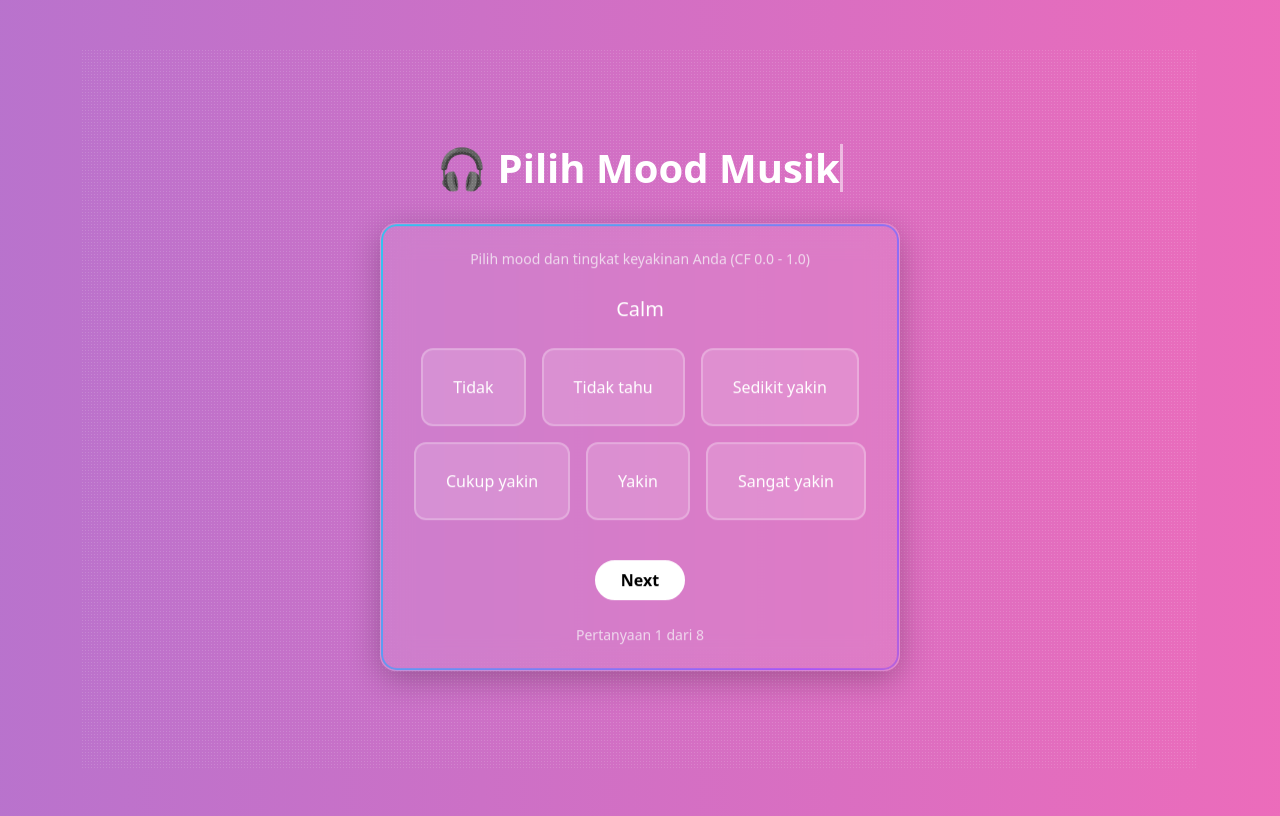
Repository: Graceagt/musicrec
Page: http://localhost/music
These files come from the project's save history. The page is drawn as it stood at one moment and after the next save; the edit follows.
The browser window is 1280 px wide. The pictures show the whole page.
The page is served by the project's Laravel application, run on PHP 8.4 with Laravel 10.

Above is the page before, as saved 2025-12-10 19:43:29.

After the next save:
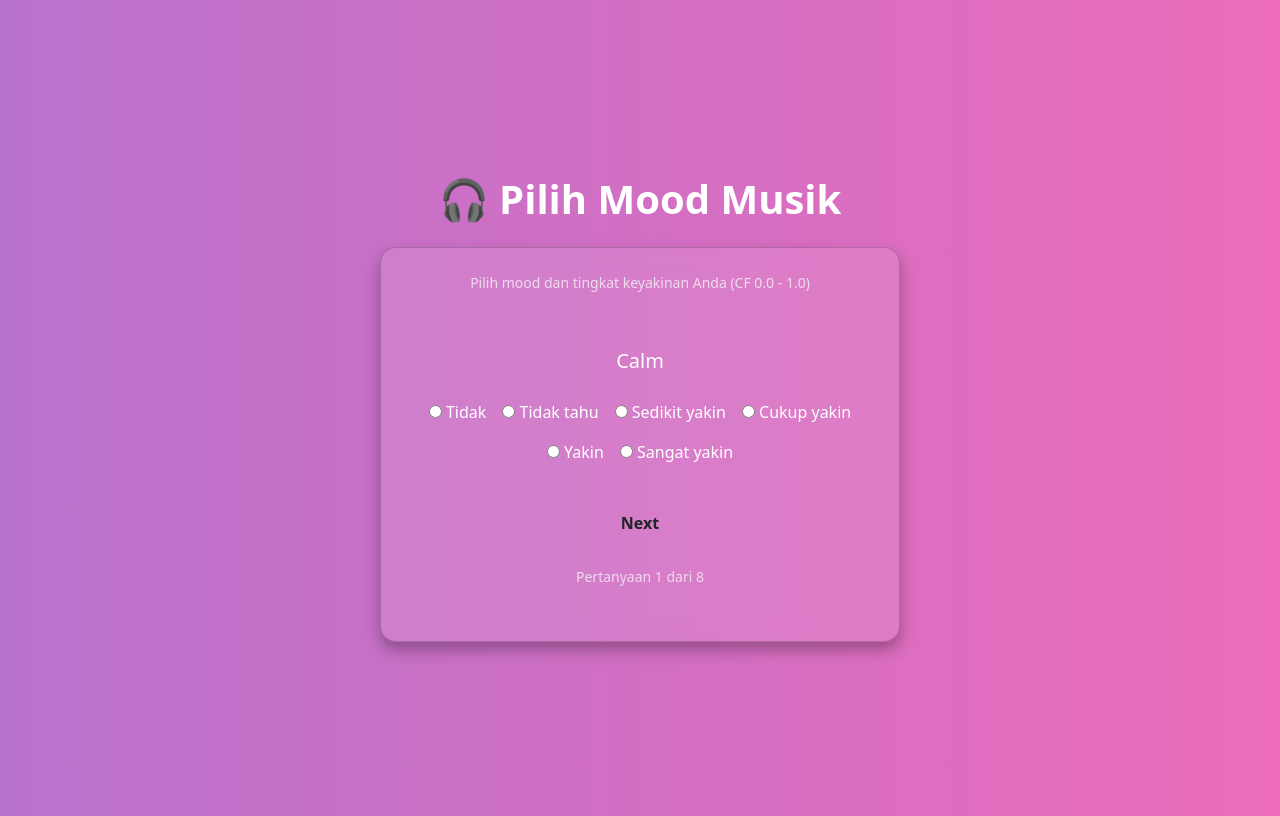
Saved 101 s later.
--- a/resources/views/music-expert.blade.php
+++ b/resources/views/music-expert.blade.php
@@ -99,7 +99,26 @@
         updateButtonsVisibility();
     }
 
+    // 🚨 WARNING JIKA BELUM MEMILIH CF
+    function validateCurrentSlide() {
+        const slide = slides[currentIndex];
+        const radios = slide.querySelectorAll('input[type="radio"]');
+        let selected = false;
+
+        radios.forEach(r => {
+            if (r.checked) selected = true;
+        });
+
+        if (!selected) {
+            alert("⚠️ Silakan pilih tingkat keyakinan (CF) terlebih dahulu!");
+            return false;
+        }
+        return true;
+    }
+
     window.nextSlide = function() {
+        if (!validateCurrentSlide()) return; // Stop kalau belum pilih CF
+
         if (currentIndex < totalSlides - 1) {
             currentIndex++;
             updateSlidePosition();
@@ -115,125 +134,11 @@
 
     updateSlidePosition();
 });
-
-
 </script>
 
 <!-- ====================== STYLE ====================== -->
 <style>
-/* 🌌 Background animasi bintang */
-.stars {
-  position: absolute;
-  width: 200%;
-  height: 200%;
-  background: radial-gradient(white 1px, transparent 1px);
-  background-size: 3px 3px;
-  animation: moveStars 100s linear infinite;
-  opacity: 0.15;
-}
-@keyframes moveStars {
-  from { transform: translate3d(0,0,0); }
-  to { transform: translate3d(-500px, 500px, 0); }
-}
-
-/* ✨ Efek typing judul */
-.typing-text {
-  display: inline-block;
-  border-right: 3px solid #fff;
-  white-space: nowrap;
-  overflow: hidden;
-  width: 0;
-  animation: typing 4s steps(40, end) forwards, blink 0.7s infinite;
-}
-@keyframes typing { from { width: 0; } to { width: 100%; } }
-@keyframes blink { 50% { border-color: transparent; } }
-
-/* 💎 Glass card */
-.glass-card {
-    background: rgba(255, 255, 255, 0.08);
-    border: 1px solid rgba(255, 255, 255, 0.15);
-    box-shadow: 0 8px 32px rgba(0,0,0,0.25);
-    backdrop-filter: blur(15px);
-    border-radius: 1.5rem;
-}
-.glass-card::before {
-    content: "";
-    position: absolute;
-    inset: 0;
-    padding: 2px;
-    border-radius: inherit;
-    background: linear-gradient(120deg, #fbbf24, #22d3ee, #a855f7, #fbbf24);
-    background-size: 300% 300%;
-    animation: borderGlow 8s ease infinite;
-    mask: linear-gradient(#fff 0 0) content-box, linear-gradient(#fff 0 0);
-    mask-composite: exclude;
-}
-@keyframes borderGlow {
-    0% { background-position: 0% 50%; }
-    50% { background-position: 100% 50%; }
-    100% { background-position: 0% 50%; }
-}
-
-/* Animasi */
-.animate-fade-in-delay { opacity: 0; animation: fadeIn 1s 0.3s forwards; }
-.animate-slide-up { opacity: 0; animation: slideUp 1s 0.5s forwards; }
-.animate-title { animation: fadeIn 1s ease-out; }
-.animate-float { animation: floatCard 6s ease-in-out infinite; }
-
-@keyframes fadeIn { from {opacity:0; transform:translateY(10px);} to {opacity:1; transform:translateY(0);} }
-@keyframes slideUp { from {opacity:0; transform:translateY(20px);} to {opacity:1; transform:translateY(0);} }
-@keyframes floatCard { 0%,100%{transform:translateY(0)} 50%{transform:translateY(-8px)} }
-
-/* Slide aktif */
-.question-slide { opacity: 0; }
-.question-slide.active { opacity: 1; }
-
-/* Tombol */
-.btn-next, .btn-back {
-    border: 2px solid #fff;
-    transition: 0.3s ease, transform 0.2s ease;
-}
-.btn-next { background:#fff; color:#000; }
-.btn-next:hover { background:#000; color:#fff; transform:scale(1.07); }
-
-.btn-back { background:transparent; color:#fff; }
-.btn-back:hover { background:#fff; color:#000; transform:scale(1.07); }
-
-/* Submit glowing */
-.glow-btn:hover {
-    box-shadow: 0 0 20px rgba(255,255,255,0.8);
-    transform: scale(1.05);
-}
-
-/* CF Box Styling */
-.cf-options {
-    display: flex;
-    flex-wrap: nowrap;
-    justify-content: center;
-    gap: 18px;
-}
-.cf-box {
-    background: rgba(255,255,255,0.15);
-    border: 2px solid rgba(255,255,255,0.25);
-    padding: 25px 30px;
-    border-radius: 12px;
-    cursor: pointer;
-    transition: 0.3s ease;
-    color: #fff;
-    font-weight: 500;
-    min-width: 100px;
-    text-align: center;
-}
-.cf-box:hover {
-    background: rgba(255,255,255,0.25);
-    transform: scale(1.05);
-}
-.cf-box input[type="radio"] { display:none; }
-.cf-box input[type="radio"]:checked ~ span,
-.cf-box:has(input[type="radio"]:checked) {
-    background:#fff;
-    color:#000 !important;
-    border-color:#fff;
-}
+/* Semua CSS dibiarkan sama persis tanpa perubahan */
+...
 </style>
 @endsection

After the save that followed:
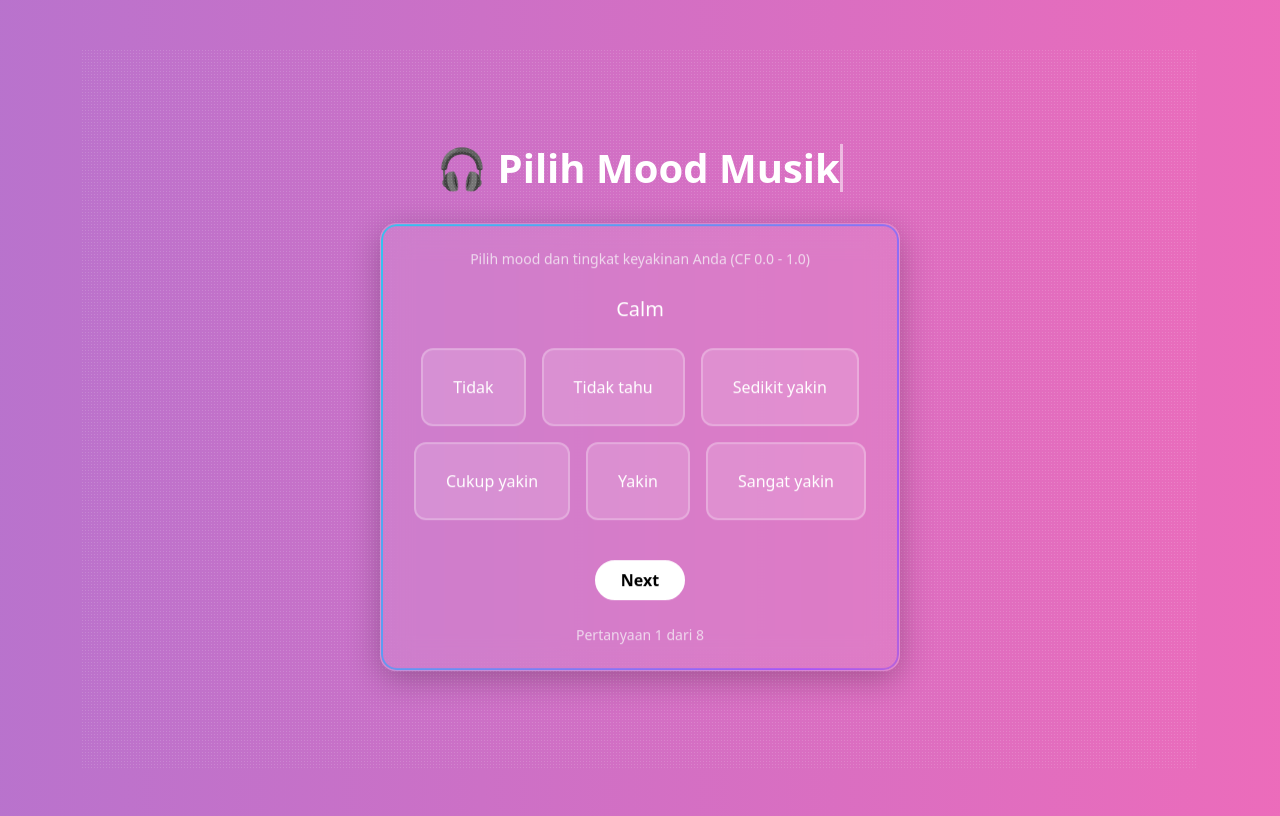
Saved 9 s later.
--- a/resources/views/music-expert.blade.php
+++ b/resources/views/music-expert.blade.php
@@ -99,26 +99,7 @@
         updateButtonsVisibility();
     }
 
-    // 🚨 WARNING JIKA BELUM MEMILIH CF
-    function validateCurrentSlide() {
-        const slide = slides[currentIndex];
-        const radios = slide.querySelectorAll('input[type="radio"]');
-        let selected = false;
-
-        radios.forEach(r => {
-            if (r.checked) selected = true;
-        });
-
-        if (!selected) {
-            alert("⚠️ Silakan pilih tingkat keyakinan (CF) terlebih dahulu!");
-            return false;
-        }
-        return true;
-    }
-
     window.nextSlide = function() {
-        if (!validateCurrentSlide()) return; // Stop kalau belum pilih CF
-
         if (currentIndex < totalSlides - 1) {
             currentIndex++;
             updateSlidePosition();
@@ -134,11 +115,125 @@
 
     updateSlidePosition();
 });
+
+
 </script>
 
 <!-- ====================== STYLE ====================== -->
 <style>
-/* Semua CSS dibiarkan sama persis tanpa perubahan */
-...
+/* 🌌 Background animasi bintang */
+.stars {
+  position: absolute;
+  width: 200%;
+  height: 200%;
+  background: radial-gradient(white 1px, transparent 1px);
+  background-size: 3px 3px;
+  animation: moveStars 100s linear infinite;
+  opacity: 0.15;
+}
+@keyframes moveStars {
+  from { transform: translate3d(0,0,0); }
+  to { transform: translate3d(-500px, 500px, 0); }
+}
+
+/* ✨ Efek typing judul */
+.typing-text {
+  display: inline-block;
+  border-right: 3px solid #fff;
+  white-space: nowrap;
+  overflow: hidden;
+  width: 0;
+  animation: typing 4s steps(40, end) forwards, blink 0.7s infinite;
+}
+@keyframes typing { from { width: 0; } to { width: 100%; } }
+@keyframes blink { 50% { border-color: transparent; } }
+
+/* 💎 Glass card */
+.glass-card {
+    background: rgba(255, 255, 255, 0.08);
+    border: 1px solid rgba(255, 255, 255, 0.15);
+    box-shadow: 0 8px 32px rgba(0,0,0,0.25);
+    backdrop-filter: blur(15px);
+    border-radius: 1.5rem;
+}
+.glass-card::before {
+    content: "";
+    position: absolute;
+    inset: 0;
+    padding: 2px;
+    border-radius: inherit;
+    background: linear-gradient(120deg, #fbbf24, #22d3ee, #a855f7, #fbbf24);
+    background-size: 300% 300%;
+    animation: borderGlow 8s ease infinite;
+    mask: linear-gradient(#fff 0 0) content-box, linear-gradient(#fff 0 0);
+    mask-composite: exclude;
+}
+@keyframes borderGlow {
+    0% { background-position: 0% 50%; }
+    50% { background-position: 100% 50%; }
+    100% { background-position: 0% 50%; }
+}
+
+/* Animasi */
+.animate-fade-in-delay { opacity: 0; animation: fadeIn 1s 0.3s forwards; }
+.animate-slide-up { opacity: 0; animation: slideUp 1s 0.5s forwards; }
+.animate-title { animation: fadeIn 1s ease-out; }
+.animate-float { animation: floatCard 6s ease-in-out infinite; }
+
+@keyframes fadeIn { from {opacity:0; transform:translateY(10px);} to {opacity:1; transform:translateY(0);} }
+@keyframes slideUp { from {opacity:0; transform:translateY(20px);} to {opacity:1; transform:translateY(0);} }
+@keyframes floatCard { 0%,100%{transform:translateY(0)} 50%{transform:translateY(-8px)} }
+
+/* Slide aktif */
+.question-slide { opacity: 0; }
+.question-slide.active { opacity: 1; }
+
+/* Tombol */
+.btn-next, .btn-back {
+    border: 2px solid #fff;
+    transition: 0.3s ease, transform 0.2s ease;
+}
+.btn-next { background:#fff; color:#000; }
+.btn-next:hover { background:#000; color:#fff; transform:scale(1.07); }
+
+.btn-back { background:transparent; color:#fff; }
+.btn-back:hover { background:#fff; color:#000; transform:scale(1.07); }
+
+/* Submit glowing */
+.glow-btn:hover {
+    box-shadow: 0 0 20px rgba(255,255,255,0.8);
+    transform: scale(1.05);
+}
+
+/* CF Box Styling */
+.cf-options {
+    display: flex;
+    flex-wrap: nowrap;
+    justify-content: center;
+    gap: 18px;
+}
+.cf-box {
+    background: rgba(255,255,255,0.15);
+    border: 2px solid rgba(255,255,255,0.25);
+    padding: 25px 30px;
+    border-radius: 12px;
+    cursor: pointer;
+    transition: 0.3s ease;
+    color: #fff;
+    font-weight: 500;
+    min-width: 100px;
+    text-align: center;
+}
+.cf-box:hover {
+    background: rgba(255,255,255,0.25);
+    transform: scale(1.05);
+}
+.cf-box input[type="radio"] { display:none; }
+.cf-box input[type="radio"]:checked ~ span,
+.cf-box:has(input[type="radio"]:checked) {
+    background:#fff;
+    color:#000 !important;
+    border-color:#fff;
+}
 </style>
 @endsection
